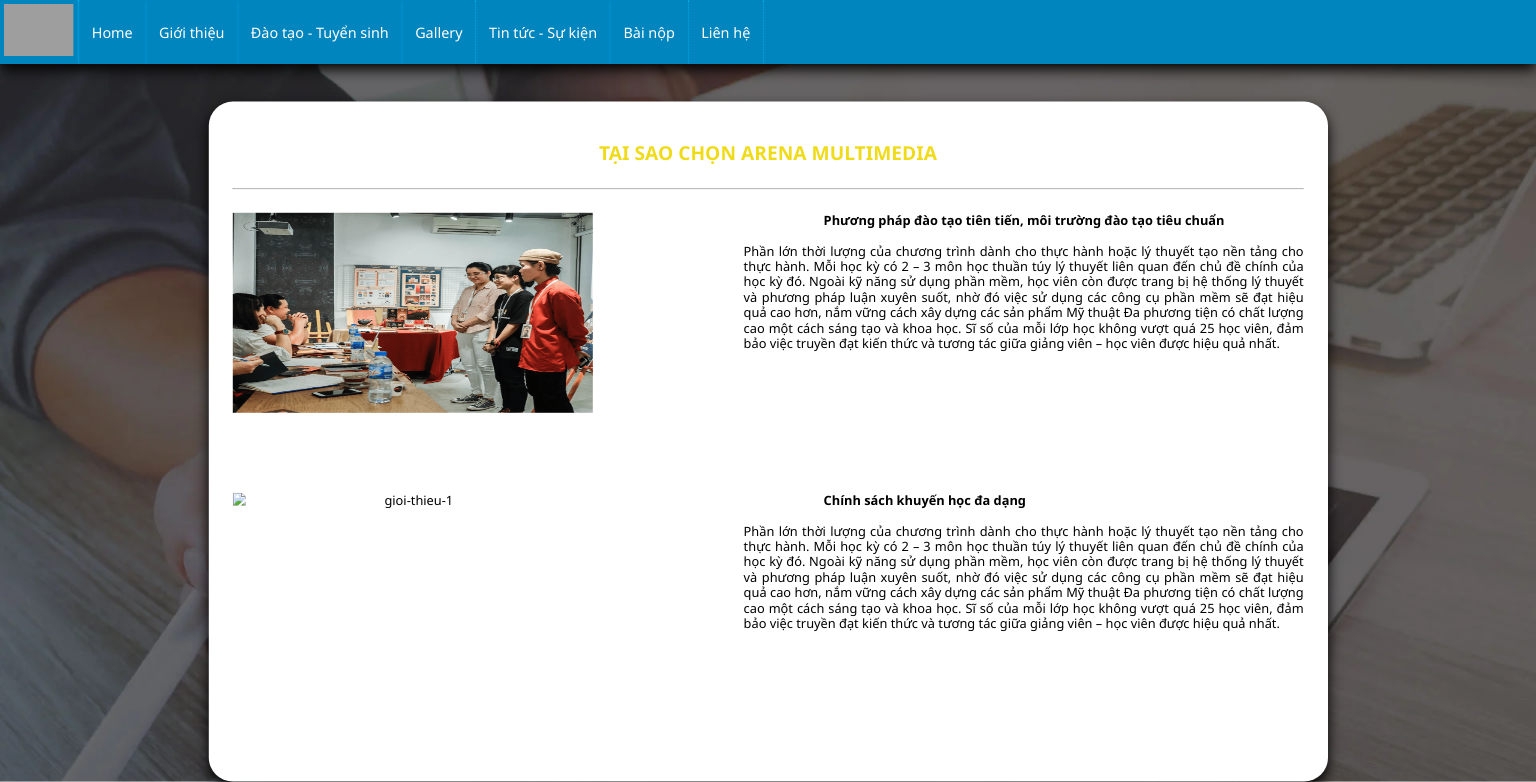
Repository: arena-dttan/dcw-final-exam-d2107m1
Page: final-list/DCW_Final_5_Nguyen-Thi-Thu-Huong_D2107M1/gioi-thieu.html
These files come from the project's save history. The page is drawn as it stood at one moment and after a run of saves; the edit follows.
The browser window is 1280 px wide. The page is 1920 px wide, so the pictures cover 1920 px, including what lies to the right of the window. The pictures show the whole page, at 80% of full size.
Pictures or frames that could not be fetched are drawn as grey boxes.

Above is the page before, as saved 2022-06-26 15:36:14.

### final-list/DCW_Final_5_Nguyen-Thi-Thu-Huong_D2107M1/gioi-thieu.html
<!DOCTYPE html>
<html>
<head>
    <meta charset="UTF-8">
    <link rel="stylesheet" href="index.css">
    <link rel="icon" href="./images/favicon.ico" />

</head>
<head>
    <!-- Các meta (siêu dữ liệu) -->
    <meta http-equiv="Content-Type" content="text/html; charset=utf-8" />

    <!-- Tiêu đề hiển thị trên thanh địa chỉ trình duyệt -->
    <title>Arena Mutimedia</title>

    <!-- icon trên thanh địa chỉ trình duyệt -->
    <link rel="icon" href="./images/favicon.ico" />

    <!-- Sử dụng font google -->
    <link rel="preconnect" href="https://fonts.googleapis.com">
    <link rel="preconnect" href="https://fonts.gstatic.com" crossorigin>
    <link href="https://fonts.googleapis.com/css2?family=Roboto:wght@100&display=swap" rel="stylesheet">

    <!-- external css -->
    <link rel="stylesheet" href="./css/style.css">
    <link rel="stylesheet" href="./css/menu.css">
    <link rel="stylesheet" href="./index.css">
</head>
<body id="container">
    <div id="main-menu">
        <ul class="menu">
            <li ><img style="height: 65px; margin: 5px;;" src="images/logo.webp" alt="logo"> </li>
            <li class="home">
            <a href="./index.html"> Home</a>
            </li>
            <li>
            <a href="./gioi-thieu.html"> Giới thiệu</a>
            </li>
            <li class="dropdown">
            <a class="dropdown-btn"> Đào tạo - Tuyển sinh</a>
            <div class="dropdown-content">
                <a href="./chuong-trinh-dao-tao.html">Đào tạo</a>
                <a href="./tuyen-sinh.html">Tuyển sinh</a>
            </div>
            <li>
                <a href="./gallery.html"> Gallery</a>
            </li>
            <li>
                <a href="./tin-tuc.html"> Tin tức - Sự kiện</a>
            </li>
            <li>
                <a href="./final-exam-list.html">Bài nộp</a>
            </li>

            <li>
                <a href="#">Liên hệ</a>
            </li>
            </li>
        </ul>
        <!-- id main content -->
         <div id="main-content">
            <div id="box-container">
                <div class="content">
                    <h2 style="color:rgb(240, 219, 26);">TẠI SAO CHỌN ARENA MULTIMEDIA</h2>
                    <br>
                    <hr>
                    <br>
                    <div class="img-test">
                        <img src="./images/gioi-thieu-1.png" alt="gioi-thieu-1">
                        <P>
                        <b><span>Phương pháp đào tạo tiên tiến, môi trường đào tạo tiêu chuẩn</span></b>
                        <br>
                        <br>
                        Phần lớn thời lượng của chương trình dành cho thực hành hoặc lý thuyết
                        tạo nền tảng cho thực hành. Mỗi học kỳ có 2 – 3 môn học thuần túy lý thuyết
                        liên quan đến chủ đề chính của học kỳ đó. Ngoài kỹ năng sử dụng phần
                        mềm, học viên còn được trang bị hệ thống lý thuyết và phương pháp luận
                        xuyên suốt, nhờ đó việc sử dụng các công cụ phần mềm sẽ đạt hiệu quả cao
                        hơn, nắm vững cách xây dựng các sản phẩm Mỹ thuật Đa phương tiện có
                        chất lượng cao một cách sáng tạo và khoa học.
                        Sĩ số của mỗi lớp học không vượt quá 25 học viên, đảm bảo việc truyền đạt
                        kiến thức và tương tác giữa giảng viên – học viên được hiệu quả nhất.</P>
                    </div>
                        <P>
                        <b><span>Chính sách khuyến học đa dạng
                        </span></b>
                        <br>
                        <br>
                        Phần lớn thời lượng của chương trình dành cho thực hành hoặc lý thuyết
                        tạo nền tảng cho thực hành. Mỗi học kỳ có 2 – 3 môn học thuần túy lý thuyết
                        liên quan đến chủ đề chính của học kỳ đó. Ngoài kỹ năng sử dụng phần
                        mềm, học viên còn được trang bị hệ thống lý thuyết và phương pháp luận
                        xuyên suốt, nhờ đó việc sử dụng các công cụ phần mềm sẽ đạt hiệu quả cao
                        hơn, nắm vững cách xây dựng các sản phẩm Mỹ thuật Đa phương tiện có
                        chất lượng cao một cách sáng tạo và khoa học.
                        Sĩ số của mỗi lớp học không vượt quá 25 học viên, đảm bảo việc truyền đạt
                        kiến thức và tương tác giữa giảng viên – học viên được hiệu quả nhất.</P>
                        <img src="" alt="gioi-thieu-1">

                    </div>
                </div>
            </div>

        </div>
    </div>
</body>
</html>

### final-list/DCW_Final_5_Nguyen-Thi-Thu-Huong_D2107M1/index.css
/* Sử dụng cho định dạng main menu */
body, html {
    height: 100%;
    width: 1920px;
    background-image: url('images/head-bg.webp'); width: 1920px; height: 100%; background-repeat: no-repeat;
    font-family: 'Segoe UI';
}
* {
    margin: 0;
    padding: 0;
    box-sizing: border-box;
}
body {
    position: absolute;
}
#container {
    width: 1920px;
    height: 100%;
    justify-content: center;
    display: inline-block;
    margin: 0;
    padding: 0;
    display: inline-block;
}
#main-menu {
    max-width: 1920px;
    height: 100px;
    margin: 0;
    padding: 0;
}
.menu {
    height: 80px;
    line-height: 80px;
    text-align: center;
    justify-content: center;
    display: inline-block;
}
ul {
    list-style-type: none;
    overflow: hidden;
    background-color: #0085be;
    width: 100%;
    box-shadow: 0 8px 16px 0 rgba(0, 0, 0, 2);
    display: inline-block;
}
.home {
    border-left: 0.01em dotted #00aeef;
}
li {
    float: left;
    border-right: 0.01em dotted #00aeef;
    font-size: 18px;
}

li.dropdown {
    display: inline-block;
    min-width: 100px;
}

li a:hover,
.dropdown:hover {
    background: #00aeef;
}

li a,
.dropdown-btn {
    display: inline-block;
    color: white;
    text-align: center;
    padding: 0 16px;
    text-decoration: none;
}
.dropdown-content {
    display: none;
    position: absolute;
    background: #F8C800;
    background: #0085be;
    min-width: 200px;
    border-bottom: 0.01em dotted #00aeef;
    box-shadow: 0 8px 16px 0 rgba(0, 0, 0, 2);
    z-index: 1;
    top: 80px;
    transition: all .3s ease-in-out;
}
.dropdown-content a {
    color: white;
    padding: 10px 16px;
    text-decoration: none;
    display: block;
    text-align: center;
    line-height: 2;
}
.dropdown-content a:hover {
    background: #00aeef;
}
.dropdown:hover .dropdown-content {
    display: block;
}

.text {
    margin-left: 40px;
    padding-top: 150px;
}
.button {

    font-size: 18px;
    width: 150px;
    height: 50px;
    background: #F8C800;
    border-radius: 40px;
    color: white;
    margin-top: 10px;
    margin-left: 70px;
}
#main-content {
    width: 1920px;
    height: 100%;
    margin: 0;
    padding: 0;
    display: inline-block;
    align-items: center;
    justify-content: center;

}
#box-container {
    background-color: rgb(255, 255, 255);
    box-shadow: 0 8px 16px 0 rgba(0, 0, 0, 2);
    margin-top: 43px;
    background-color: rgb(255, 255, 255);
    box-shadow: 0 8px 16px 0 rgb(0 0 0);
    width: 1399px;
    height: 850px;
    border-radius: 55px;
    margin-left: auto;
    margin-right: auto;
    border-radius: 30px;

}
.content {
    margin: 30px;
    padding-top: 50px;
}
h2 {
    text-align: center;
}
p {
    float: right;
    position: relative;
    width: 700px;
    height: 350px;
    text-align: justify;
}
span {
    position: relative;
    left: 100px;
}
img {
    float: left;
}

### final-list/DCW_Final_5_Nguyen-Thi-Thu-Huong_D2107M1/css/style.css
html {
    box-sizing: border-box;
    width: 100%;
    height: 100%;
}

body {
    width: 100%;
    height: 100%;
    background: url("../images/head-bg.webp");
    font-size: 16px;
    font-family: 'Segoe UI', Tahoma, Geneva, Verdana, sans-serif;
    line-height: 1.2;
}

* {
    margin: 0;
    padding: 0;
}

*,
*:before,
*:after {
    box-sizing: border-box;
}

input,
textarea,
select,
button {
    outline: none;
}

input {
    line-height: normal;
}

label,
button {
    cursor: pointer;
}

a {
    text-decoration: none;
}

img {
    display: block;
    max-width: 100%;
}

#container {
    width: 100%;
    height: 100%;
    text-align: center;
}

#logo {
    float: left;
}

#logo img {
    width: 130px;
    padding: 10px;
}

#header {
    background: #0085be;
    box-shadow: 0 8px 16px 0 rgba(0, 0, 0, 2);
}

#banner img {
    height: 500px;
    width: 100%;
}

#content-index {
    margin: 100px 10px 10px 50px;
}

.btn {
    width: 150px;
    height: 40px;
    line-height: 40px;
    background: #F8C800;
    display: block;
    text-align: center;
    text-transform: uppercase;
    font-weight: bold;
    border-radius: 2em;
    -webkit-border-radius: 2em;
    -moz-border-radius: 2em;
    -ms-border-radius: 2em;
    -o-border-radius: 2em;
    margin: 20px 50px;
}

.btn a {
    color: white;
}

#main-content {
    background: none;
    min-height: 400px;
    margin: 40px;
}

#main-page {
    background: white;
    color: black;
    border: 1px solid blue;
    border-radius: 3em;
    width: 80%;
    min-height: 400px;
    padding: 20px;
    display: inline-block;
    box-sizing: border-box;
    margin-bottom: 40px;
}

.content img {
    width: 450px;
    height: 250px;
}

.text-uppercase {
    text-transform: uppercase;
}

.main-title {
    color: #F8C800;
    font-size: 30px;
    font-weight: 700 !important;
    margin: 30px 0;
}

.normal-list {
    list-style-type: disc;
    margin: 10px;
    padding: 10px;
    overflow: visible;
    background: none;
}

.normal-list li {
    clear: both;
}

h4 {
    text-align: left;
    font-size: 20px;
}

h3 {
    padding-bottom: 20px;
}

hr {
    margin: 10px 0;
}

p {
    text-align: justify;
}

### final-list/DCW_Final_5_Nguyen-Thi-Thu-Huong_D2107M1/css/menu.css
/* Sử dụng cho định dạng main menu */

.menu {
    height: 80px;
    line-height: 80px;
}

.home {
    border-left: 0.01em dotted #00aeef;
}

ul {
    list-style-type: none;
    margin: 0;
    padding: 0;
    overflow: hidden;
    /* background: #F8C800; */
    background: #0085be;
    /* box-shadow: 0 8px 16px 0 rgba(0, 0, 0, 2); */
}

li {
    float: left;
    border-right: 0.01em dotted #00aeef;
    font-size: 18px;
}

li.dropdown {
    display: inline-block;
    min-width: 100px;
}

li a:hover,
.dropdown:hover {
    background: #00aeef;
}

li a,
.dropdown-btn {
    display: inline-block;
    color: white;
    text-align: center;
    padding: 0 16px;
    text-decoration: none;
}

.dropdown-content {
    display: none;
    position: absolute;
    /*background: #F8C800;
    */
    background: #0085be;
    min-width: 200px;
    border-bottom: 0.01em dotted #00aeef;
    box-shadow: 0 8px 16px 0 rgba(0, 0, 0, 2);
    z-index: 1;
    top: 80px;
    transition: all .3s ease-in-out;
}

.dropdown-content a {
    color: white;
    padding: 10px 16px;
    text-decoration: none;
    display: block;
    text-align: center;
    line-height: 2;
}

.dropdown-content a:hover {
    background: #00aeef;
}

.dropdown:hover .dropdown-content {
    display: block;
}

After the next 3 saves:
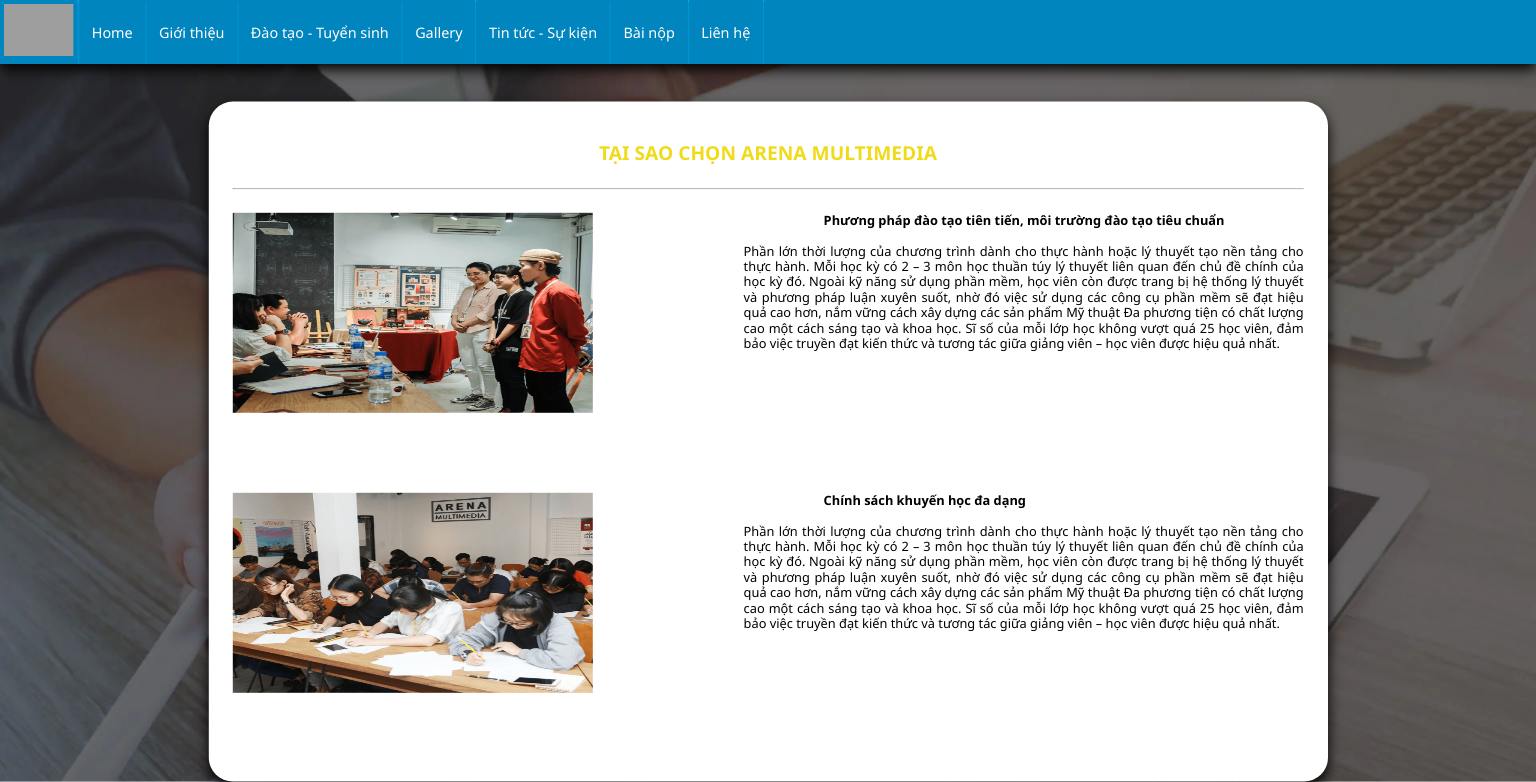
The 3 saves are shown as one change because they came seconds apart.
The last was saved 10 s later.
--- a/final-list/DCW_Final_5_Nguyen-Thi-Thu-Huong_D2107M1/gioi-thieu.html
+++ b/final-list/DCW_Final_5_Nguyen-Thi-Thu-Huong_D2107M1/gioi-thieu.html
@@ -95,7 +95,7 @@
                         chất lượng cao một cách sáng tạo và khoa học.
                         Sĩ số của mỗi lớp học không vượt quá 25 học viên, đảm bảo việc truyền đạt
                         kiến thức và tương tác giữa giảng viên – học viên được hiệu quả nhất.</P>
-                        <img src="" alt="gioi-thieu-1">
+                        <img src="./images/gioi-thieu-2.png" alt="gioi-thieu-1">
 
                     </div>
                 </div>
